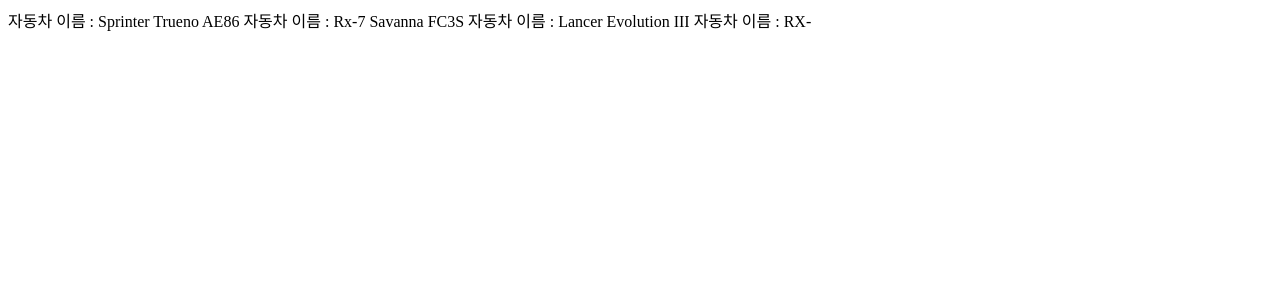
Repository: kr1124/jsp
Page: http://localhost/ServletProject/jstl/outEx.jsp
The author's editor kept a copy of each file at every save. The page is drawn from the files as they stood at one save, then again after the next save.
The browser window is 1280 px wide. The pictures show the whole page.
The page is served by Tomcat 9.

Above is the page before, as saved 2024-12-19 02:07:43.

After the next save:
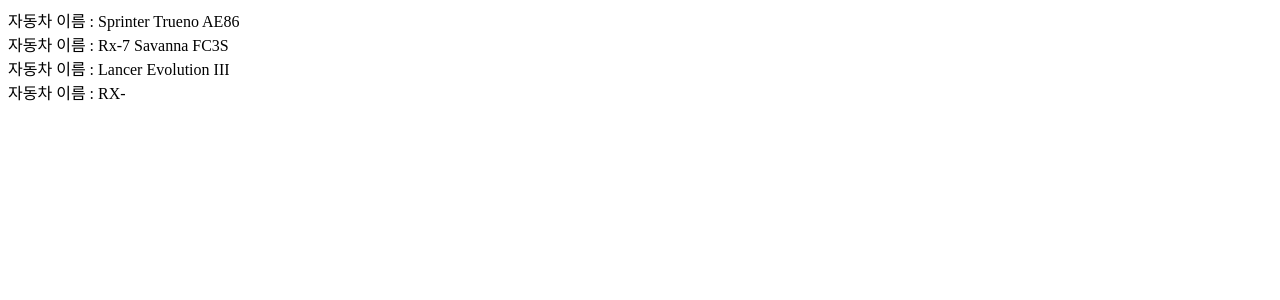
Saved 49 s later.
--- a/ServletProject/src/main/webapp/jstl/outEx.jsp
+++ b/ServletProject/src/main/webapp/jstl/outEx.jsp
@@ -9,7 +9,7 @@
 </head>
 <body>
 	<c:forTokens var="car" items="Sprinter Trueno AE86,Rx-7 Savanna FC3S, Lancer Evolution III,RX-" delims=",">
-		자동차 이름 : <c:out value="${car }"></c:out>
+		자동차 이름 : <c:out value="${car }"/><br>
 	</c:forTokens>
 </body>
 </html>
